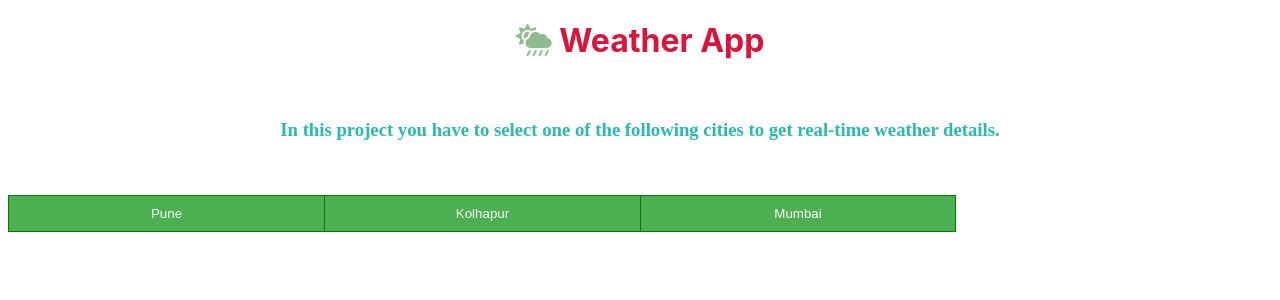
Repository: AalokJadhav/Weather_Website
Page: welcome.html
An editor plug-in stored every save of this project. The page is shown before and after the next save, followed by the edit.
The browser window is 1280 px wide. The pictures show the whole page.
Some web libraries are served in a nearby version.

Above is the page before, as saved 2020-11-03 08:11:14.

After the next save:
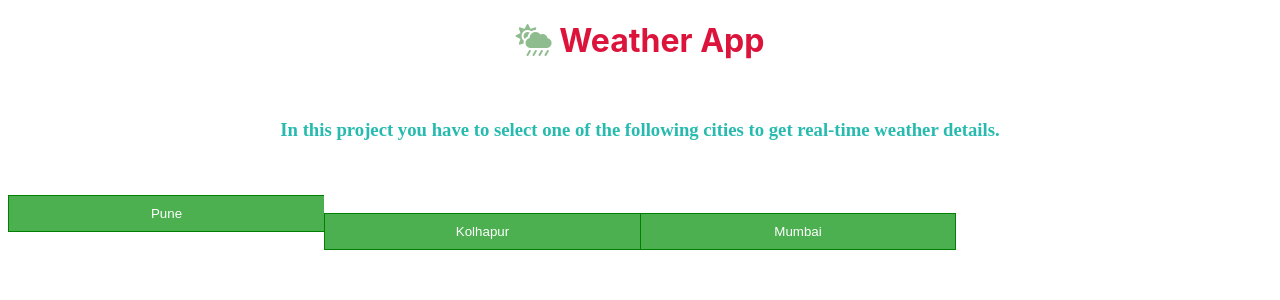
Saved 70 s later.
--- a/welcome.html
+++ b/welcome.html
@@ -46,7 +46,7 @@
     <br><br>
 
     <div class="btn-group">
-        <button style="width:25%">Pune</button>&nbsp;
+        <button style="width:25%">Pune</button><br>
         <button style="width:25%">Kolhapur</button>&nbsp;
         <button style="width:25%">Mumbai</button>
       </div>

After the save that followed:
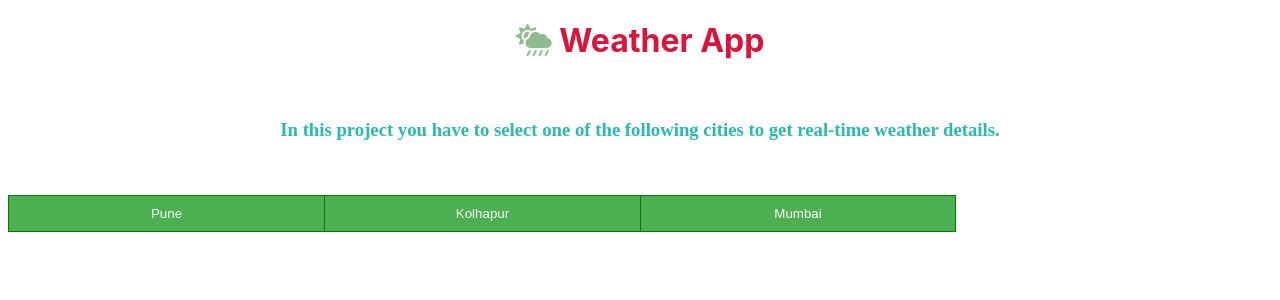
Saved 11 s later.
--- a/welcome.html
+++ b/welcome.html
@@ -45,9 +45,9 @@
     </h3>
     <br><br>
 
-    <div class="btn-group">
-        <button style="width:25%">Pune</button><br>
-        <button style="width:25%">Kolhapur</button>&nbsp;
+    <div class="btn-group" style="width:100%">
+        <button style="width:25%">Pune</button>
+        <button style="width:25%">Kolhapur</button>
         <button style="width:25%">Mumbai</button>
       </div>
 </body>
